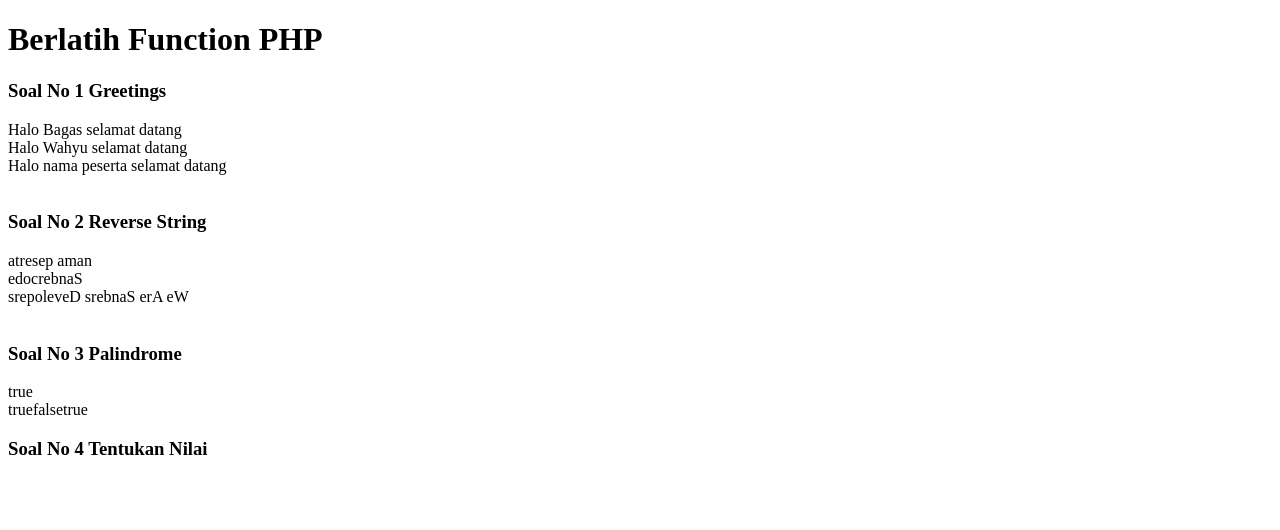
Repository: mfarhannr/IM-Sanbercode-Laravel-Web-Dev
Page: http://localhost/function-conditional.php
These files come from the project's save history. The page is drawn as it stood at one moment and after a run of saves; the edit follows.
The browser window is 1280 px wide. The pictures show the whole page.
The page is run by PHP 8.4 with error messages shown; the project is at /var/www/html/.

Above is the page before, as saved 2023-10-06 13:23:25.

After the next 3 saves:
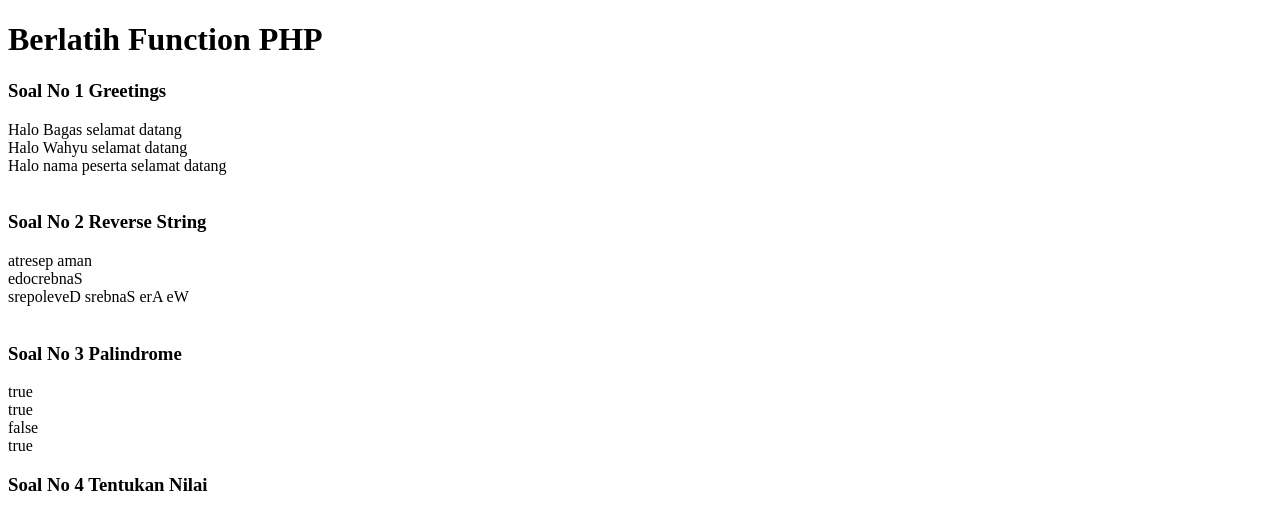
The 3 saves are shown as one change because they came seconds apart.
The last was saved 20 s later.
--- a/Soal-8-PHP/function-conditional.php
+++ b/Soal-8-PHP/function-conditional.php
@@ -100,9 +100,9 @@ function palindrome($str) {
 
 // Contoh penggunaan
 echo palindrome("civic") . "<br>"; // Output: true
-echo palindrome("nababan"); // Output: true
-echo palindrome("jambaban"); // Output: false
-echo palindrome("racecar"); // Output: true
+echo palindrome("nababan"). "<br>"; // Output: true
+echo palindrome("jambaban"). "<br>"; // Output: false
+echo palindrome("racecar"). "<br>"; // Output: true
 
 // Hapus komentar di bawah ini untuk jalankan code
 // palindrome("civic") ; // true
